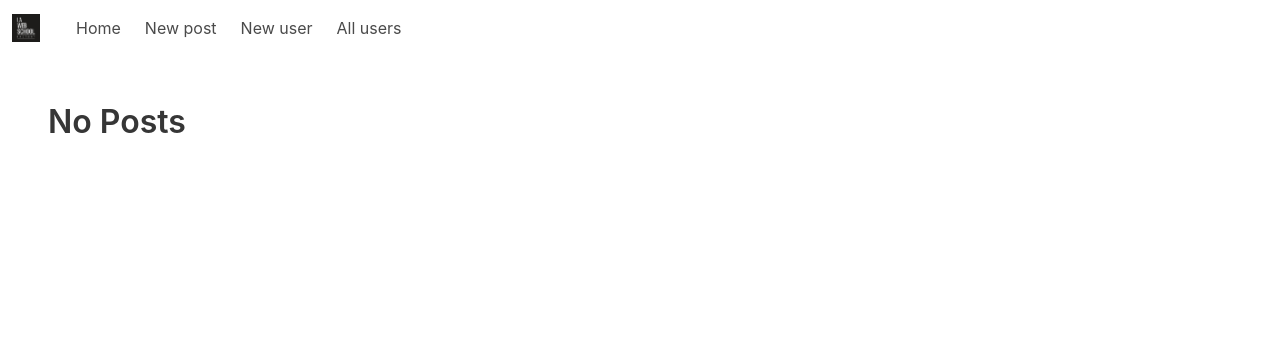
Repository: barridev/React-workshop-main
Page: /
These files come from the project's save history. The page is drawn as it stood at one moment and after the next save; the edit follows.
The browser window is 1280 px wide. The pictures show the whole page.
The project was rebuilt for these pictures with package versions that can differ from the ones it lists, and the page was loaded fresh each time. Also part of the build but not shown: src/App.css, src/components/PostItem.tsx, src/private/Field.tsx, src/private/Checkmark.tsx, src/private/SelectedImage.tsx, src/components/ImageGalleryPicker.tsx, src/components/EditPost.tsx, src/components/UserProfile.tsx.

Above is the page before, as saved 2022-04-11 09:51:31.

After the next save:
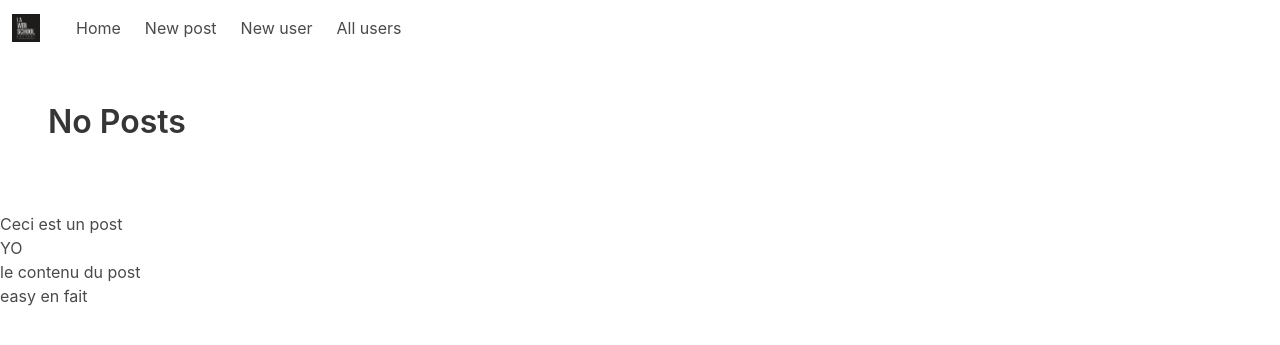
Saved 24 s later.
--- a/src/components/PostsList.tsx
+++ b/src/components/PostsList.tsx
@@ -31,6 +31,10 @@
                     <p className="title">No Posts</p>
                 </div>
                 <br></br>
+                <p>Ceci est un post</p>
+                <p>YO</p>
+                <p>le contenu du post</p>
+                <p>easy en fait</p>
             </section>
         )
     }

After the save that followed:
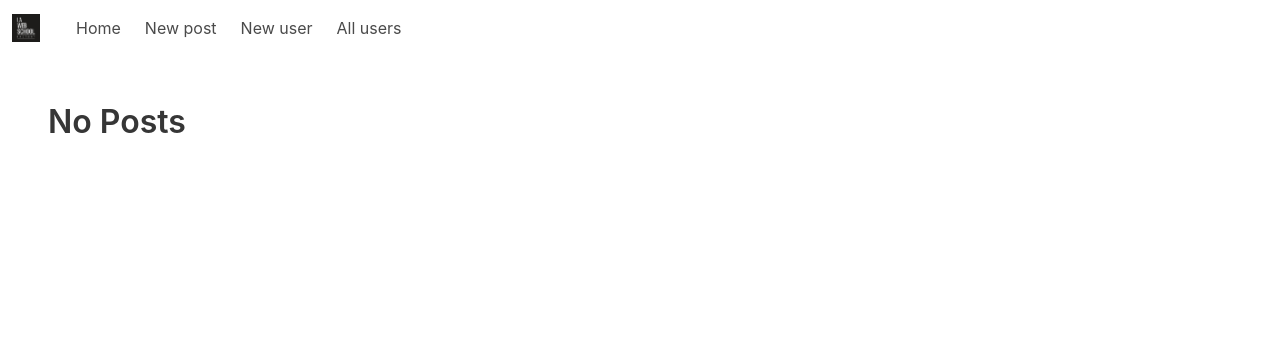
Saved 20 s later.
--- a/src/components/PostsList.tsx
+++ b/src/components/PostsList.tsx
@@ -30,11 +30,6 @@
                 <div className="hero-body">
                     <p className="title">No Posts</p>
                 </div>
-                <br></br>
-                <p>Ceci est un post</p>
-                <p>YO</p>
-                <p>le contenu du post</p>
-                <p>easy en fait</p>
             </section>
         )
     }
